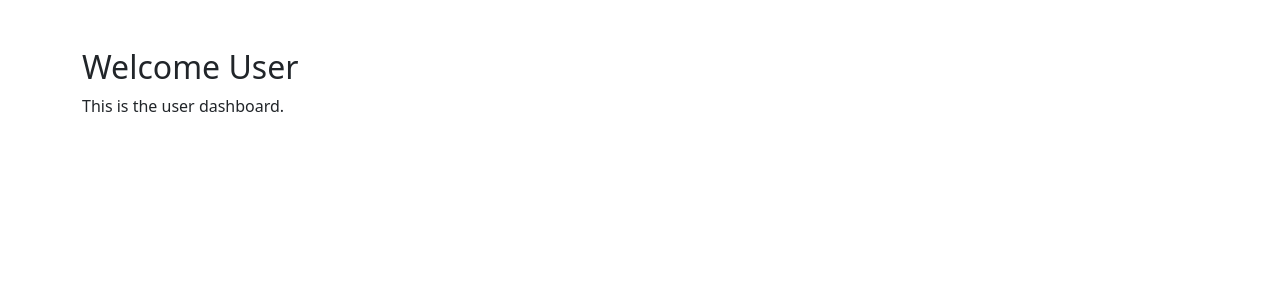
Repository: minhnhutZzz/BaiTap_LTWeb_New
Page: http://localhost/JPA__/views/user/home.jsp
An editor plug-in stored every save of this project. The page is shown before and after the next save, followed by the edit.
The browser window is 1280 px wide. The pictures show the whole page.
The page is served by Tomcat 10. Other server files are loaded and not shown.

Above is the page before, as saved 2025-09-10 07:37:02.

### JPA__/src/main/webapp/views/user/home.jsp
<%@ page language="java" contentType="text/html; charset=UTF-8"
    pageEncoding="UTF-8"%>
<!DOCTYPE html>
<html lang="en">
<head>
    <meta charset="UTF-8">
    <meta name="viewport" content="width=device-width, initial-scale=1.0">
    <title>User Home</title>
    <link href="https://cdn.jsdelivr.net/npm/bootstrap@5.1.0/dist/css/bootstrap.min.css" rel="stylesheet">
</head>
<body>
    <div class="container mt-5">
        <h2>Welcome User</h2>
        <!-- Nội dung trang chính cho User -->
        <p>This is the user dashboard.</p>
    </div>
</body>
</html>

After the next save:
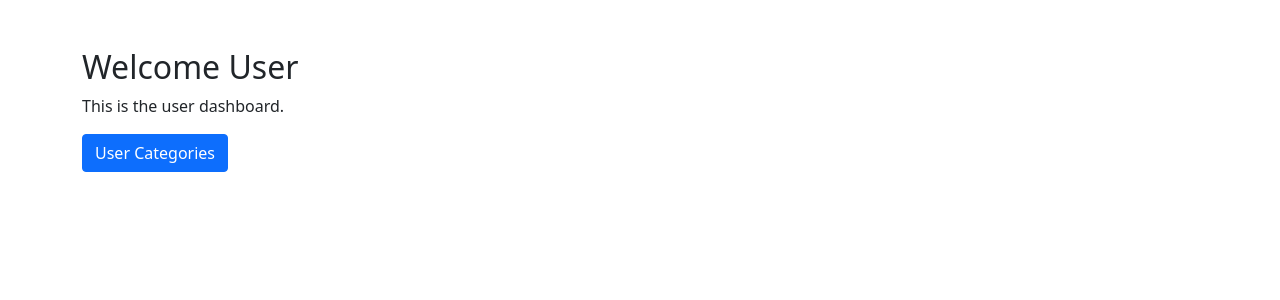
Saved 9 min 46 s later.
--- a/JPA__/src/main/webapp/views/user/home.jsp
+++ b/JPA__/src/main/webapp/views/user/home.jsp
@@ -13,6 +13,7 @@
         <h2>Welcome User</h2>
         <!-- Nội dung trang chính cho User -->
         <p>This is the user dashboard.</p>
+        <a href="${pageContext.request.contextPath}/admin-category" class="btn btn-primary">User Categories</a>
     </div>
 </body>
 </html>
